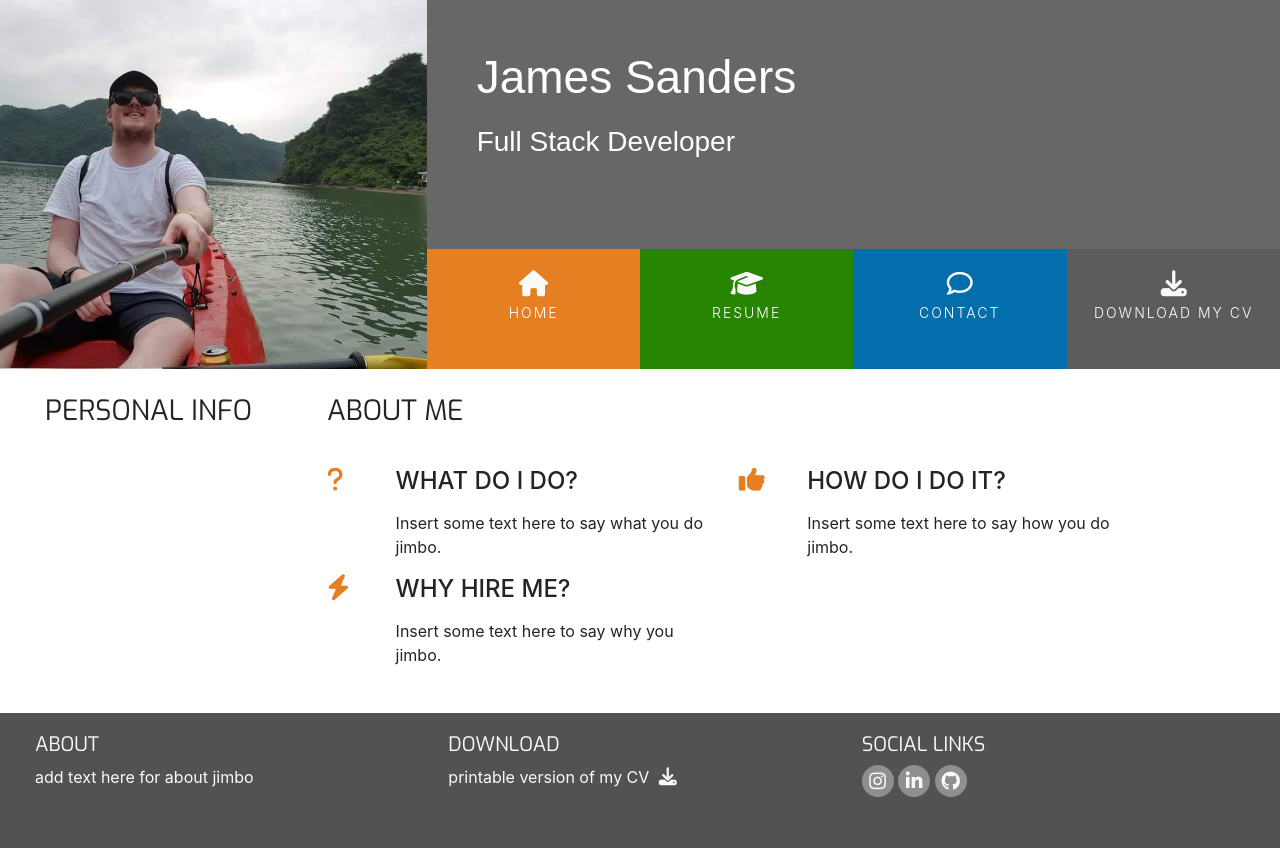
Repository: JaySanders95/my-online-resume
Page: index.html
The author's editor kept a copy of each file at every save. The page is drawn from the files as they stood at one save, then again after the next save.
The browser window is 1280 px wide. The pictures show the whole page.
Some web fonts or font styles are not loaded; a fallback is used. Some web libraries are served in a nearby version.

Above is the page before, as saved 2023-04-19 21:08:23.

### index.html
<!DOCTYPE html>
<html lang="en">
<head>
    <meta charset="UTF-8">
    <meta http-equiv="X-UA-Compatible" content="IE=edge">
    <meta name="viewport" content="width=device-width, initial-scale=1.0">
    <link rel="stylesheet" href="https://cdn.jsdelivr.net/npm/@fortawesome/fontawesome-free@6.2.1/css/fontawesome.min.css" integrity="sha384-QYIZto+st3yW+o8+5OHfT6S482Zsvz2WfOzpFSXMF9zqeLcFV0/wlZpMtyFcZALm" crossorigin="anonymous">
    <link rel="stylesheet" href="https://cdn.jsdelivr.net/npm/bootstrap@4.6.2/dist/css/bootstrap.min.css" integrity="sha384-xOolHFLEh07PJGoPkLv1IbcEPTNtaed2xpHsD9ESMhqIYd0nLMwNLD69Npy4HI+N" crossorigin="anonymous">
    <link rel="stylesheet" href="assets/css/style.css">
    <link rel="stylesheet" href="https://cdnjs.cloudflare.com/ajax/libs/hover.css/2.3.1/css/hover-min.css" integrity="sha512-csw0Ma4oXCAgd/d4nTcpoEoz4nYvvnk21a8VA2h2dzhPAvjbUIK6V3si7/g/HehwdunqqW18RwCJKpD7rL67Xg==" crossorigin="anonymous" referrerpolicy="no-referrer" />
    <title>James Sanders' Resume</title>
</head>
<body>
    <header>
        <div class="row no-gutters">
            <a href="index.html" class="col-md-4 logo">

            </a>
            <div class="col-md-8">
                <div class="row bg-color-name-title no-gutters">
                    <div class="col heading">
                        <h1 class="name">James Sanders</h1>
                        <h2 class="title">Full Stack Developer</h2>

                    </div>
                </div>
                <div class="row no-gutters">
                    <div class="col">
                        <ul id="nav" class="list-inline menucontainer">
                            <li class="col-6 col-sm-3 ui-menu-color-home list-inline-item menuitem">
                                <a href="#" class="hvr-bounce-to-bottom"><i class="fa fa-home" aria-hidden="true"></i><span>Home</span></a>
                            </li>
                            <li class="col-6 col-sm-3 ui-menu-color-resume list-inline-item menuitem">
                                <a href="#" class="hvr-bounce-to-bottom"><i class="fa fa-graduation-cap" aria-hidden="true"></i><span>Resume</span></a>
                            </li>
                            <li class="col-6 col-sm-3 ui-menu-color-contact list-inline-item menuitem">
                                <a href="#" class="hvr-bounce-to-bottom"><i class="fa fa-comment-o" aria-hidden="true"></i><span>Contact</span></a>
                            </li>
                            <li class="col-6 col-sm-3 ui-menu-color-download list-inline-item menuitem">
                                <a href="#" class="hvr-bounce-to-bottom"><i class="fa fa-download" aria-hidden="true"></i><span>Download my CV</span></a>
                            </li>
                        </ul>
                    </div>
                </div>
            </div>
        </div>
    </header>
    <section class="container-fluid">
        <div class="row">
            <div class="col-md4 bg-color-personal-info section-column">
                <div class="col-12">
                    <h3 class="section-heading uppercase">
                        Personal Info
                    </h3>
                </div>
            </div>
            <div class="col-md-8 bg-color-three-reasons section-column">
                <div class="row">
                    <div class="col">
                        <h3 class="section-heading uppercase">About Me</h3>
                    </div>
                </div>
                <div class="row">
                    <div class="col-10 offset-1 offset-sm-0 col-sm-4 col-md-6">
                        <div class="row">
                            <div class="col-2">
                                <i class="three-reasons-icon fa fa-question" aria-hidden="true"></i>
                            </div>
                            <div class="col-10">
                                <h4 class="three-reasons-heading uppercase">What do i do?</h4>
                                <p>
                                    Insert some text here to say what you do jimbo.
                                </p>
                            </div>
                        </div>
                    </div>
                    <div class="col-10 offset-1 offset-sm-0 col-sm-4 col-md-6">
                        <div class="row">
                            <div class="col-2">
                                <i class="three-reasons-icon fa fa-thumbs-up" aria-hidden="true"></i>
                            </div>
                            <div class="col-10">
                                <h4 class="three-reasons-heading uppercase">How do I do it?</h4>
                                <p>
                                    Insert some text here to say how you do jimbo.
                                </p>
                            </div>
                        </div>
                    </div>
                    <div class="col-10 offset-1 offset-sm-0 col-sm-4 col-md-6">
                        <div class="row">
                            <div class="col-2">
                                <i class="three-reasons-icon fa fa-bolt" aria-hidden="true"></i>
                            </div>
                            <div class="col-10">
                                <h4 class="three-reasons-heading uppercase">Why hire me?</h4>
                                <p>
                                    Insert some text here to say why you jimbo.
                                </p>
                            </div>
                        </div>
                    </div>
                </div>
            </div>
        </div>

    </section>
    <footer class="container-fluid">
        <div id="footer-details" class="row">
            <div class="col-sm-4">
                <h5 class="uppercase general-sub">About</h5>
                <p class="inline-block"> add text here for about jimbo</p>
            </div>
            <div class="col-sm-4">
                <h5 class="uppercase general-sub">Download</h5>
                <p class="inline-block"> printable version of my CV</p>
                <a href="#" target="_blank" class="cv-pdf">
                    <i class="fa fa-download" aria-hidden="true"></i>
                    <span class="sr-only">Download link.</span>
                </a>
            </div>
            <div class="col-sm-4">
                <h5 class="uppercase general-sub">Social links</h5>
                <ul class="list-inline social-links">
                    <li class="list-inline-item">
                        <a target="_blank" href="#">
                            <i class="fa fa-instagram"></i>
                            <span class="sr-only">Instagram</span>
                        </a>
                    </li>
                    <li class="list-inline-item">
                        <a target="_blank" href="#">
                            <i class="fa fa-linkedin"></i>
                            <span class="sr-only">LinkedIn</span>
                        </a>
                    </li>
                    <li class="list-inline-item">
                        <a target="_blank" href="#">
                            <i class="fa-brands fa-github"></i>
                            <span class="sr-only">GitHub</span>

                        </a>
                    </li>
                </ul>
            </div>
        </div>

    </footer>
    <script src="https://kit.fontawesome.com/c80cd6a143.js" crossorigin="anonymous"></script>
</body>
</html>

### assets/css/style.css
@import url('https://fonts.googleapis.com/css2?family=Anuphan:100,200,300,400,500,600,700wght@300&family=Exo:100,200,300,400,500,600,700ital,wght@1,300&display=swap');


/* ------- Colours ---------*/

.bg-color-name-title {
    background-color:#676767;
}

.bg-color-three-reasons {
    background-color: #fff;

}

.ui-menu-color-home {
    background-color: #e67e22;
}

.ui-menu-color-resume {
    background-color: #278502;
}

.ui-menu-color-contact {
    background-color: #036eac;
}

.ui-menu-color-download {
    background-color: #5c5c5c;
}

/* ------- Special paddings/margins/text ---------*/

h1,h2,h3,h4 {
    margin: 0;
}

.uppercase {
    text-transform: uppercase;
}

.general-sub {
    font-family: 'Exo', sans-serif;
    font-weight: 300;
    color: #fafafa;
}

.inline-block {
    display: inline-block;
}

.row-table {
    display: table;

}
.section-column {
    display: table-cell;
    padding: 0 30px 30px;
    float: none;
}

.section-heading {
    font-family: 'Exo', sans-serif;
    font-weight: 300;
    margin-top: 25px;
    margin-bottom: 40px;
}

/* ------- Headers ---------*/
header {
    margin: 0;
}

.heading {
    margin-left: 50px;
}

.logo {
    background: url(../images/me.png);
    background-position: center;
    background-repeat: no-repeat;
    background-size: cover;
    min-height: 360px;
    transition: all .5s ease-in-out;
    -moz-transition: all .5s ease-in-out;
    -webkit-transition: all .5s ease-in-out;
}

.name {
    font-family: 'Anuphan', sans-serif;
    font-weight: 100;
    font-size: 46px;
    margin-top: 50px;
    color: #fff;
}

.title {
    font-family: 'Anuphan', sans-serif;
    font-weight: 200;
    font-size: 28px;
    margin-top: 20px;
    margin-bottom: 90px;
    color: #fff;
}

.list-inline-item:not(:last-child) {
    margin: 0;
}

.menucontainer {
    font-size: 0;
}

#nav li {
    font-size: 14px;
    padding: 0;
}

#nav {
    margin: 0;
}

.menuitem {
    height: 120px;
    text-align: center;
    padding: 0;

}

.menuitem a {
    width: 100%;
    text-decoration: none;
    color: #fff;
    height: 120px;
}

.menuitem a i {
    display: block;
    padding-top: 22px;
    color: #fafafa;
    font-size: 26px;
}

.menuitem span {
    display: block;
    width: 100%;
    padding-top: 5px;
    text-align: center;
    text-transform: uppercase;
    font-size: 14px;
    font-weight: 300;
    letter-spacing: 2px;
}

/* ------- Hover.css ---------*/

.hvr-bounce-to-bottom:before {
    background: rgba(0, 0, 0, 0.3) !important;
    height: 120px;

}

/* ------- Footer ---------*/

footer {
    background-color: #525252;
    color: #fafafa;
    min-height: 120px;
}

.cv-pdf i {
    font-size: 18px;
    color: #fafafa;
    text-align: center;
    padding-left: 5px;
    transition: all 0.35s ease-in-out;
    -moz-transition: all 0.35s ease-in-out;
    -webkit-transition: all 0.35s ease-in-out;
    -o-transition: all 0.35s ease-in-out;
}

.cv-pdf i:hover {
    color: #e84610;
}

.social-links {
    padding-bottom: 15px;
}

.social-links li a i {
    width: 32px;
    height: 32px;
    padding: 7px 0;
    border-radius: 50%;
    font-size: 19px;
    text-align: center;
    color: #fafafa;
    background: #8f8f8f;
    transition: all 0.35s ease-in-out;
    -moz-transition: all 0.35s ease-in-out;
    -webkit-transition: all 0.35s ease-in-out;
    -o-transition: all 0.35s ease-in-out;
}

.social-links li a i:hover {
    background-color: #e84610;
}

#footer-details {
    padding: 20px;
}

/* ------- 3 Reasons ---------*/

.three-reasons-icon {
    font-size: 26px;
    color: #e67e22;
}

.three-reasons-heading {
    margin-bottom: 15px;
}

After the next save:
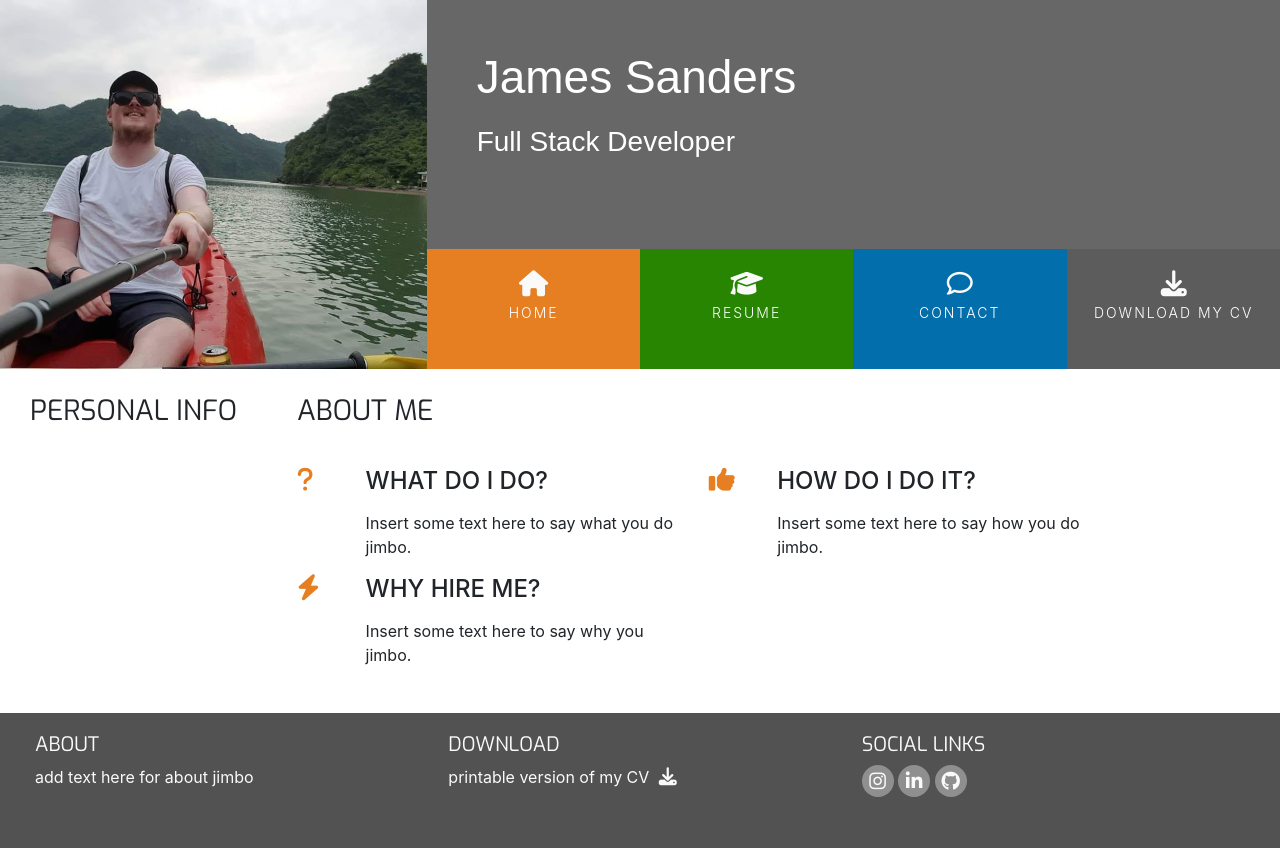
Saved 79 s later.
--- a/index.html
+++ b/index.html
@@ -48,10 +48,12 @@
     <section class="container-fluid">
         <div class="row">
             <div class="col-md4 bg-color-personal-info section-column">
-                <div class="col-12">
-                    <h3 class="section-heading uppercase">
-                        Personal Info
-                    </h3>
+                <div class="row">
+                    <div class="col-12">
+                        <h3 class="section-heading uppercase">
+                            Personal Info
+                        </h3>
+                    </div>
                 </div>
             </div>
             <div class="col-md-8 bg-color-three-reasons section-column">
